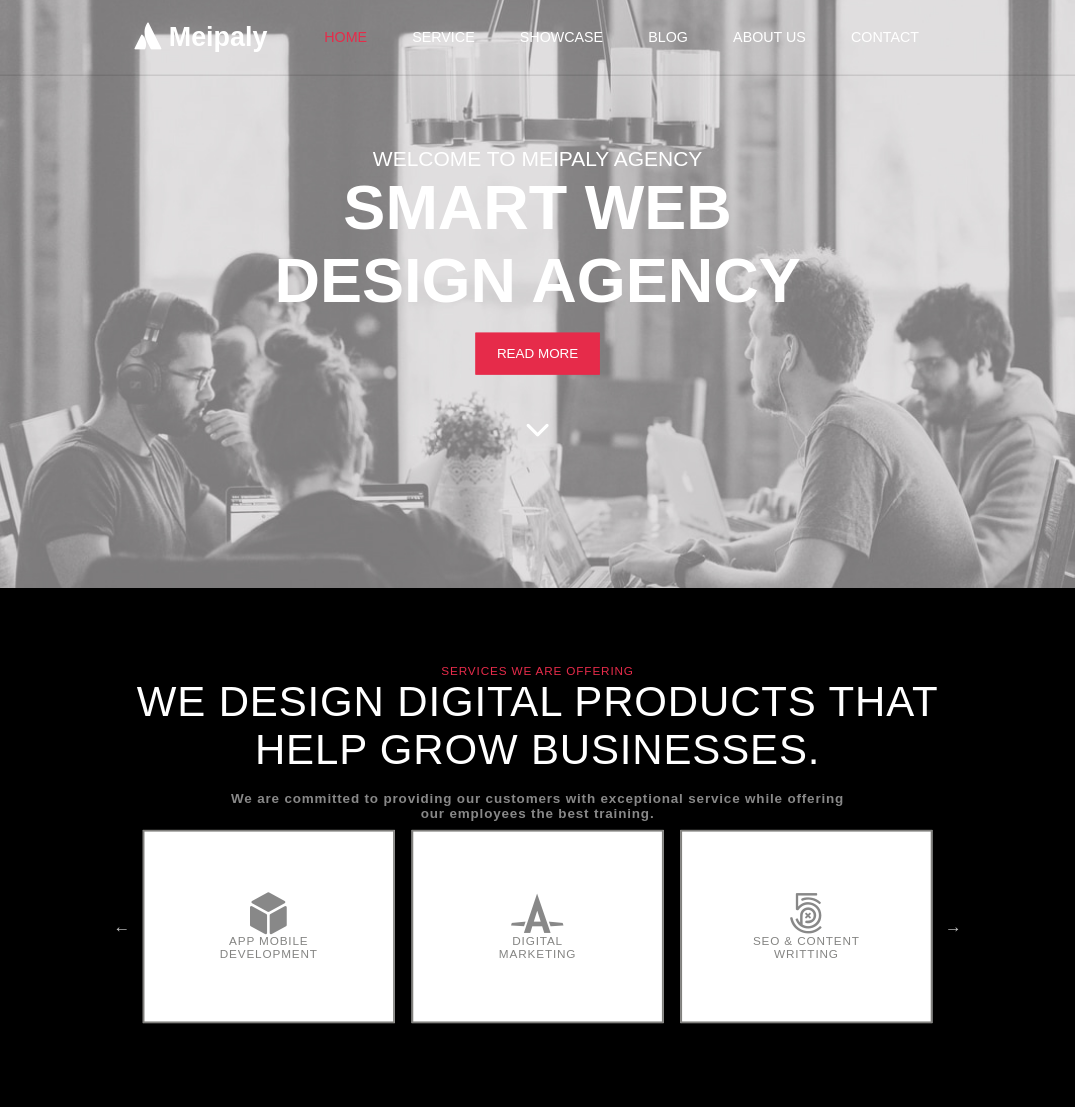
Repository: tudo1611/BC44_HTML5-CSS3_B6_MAIPALY_DO-TRUNG-TU
Page: index.html
These files come from the project's save history. The page is drawn as it stood at one moment and after a run of saves; the edit follows.
The browser window is 1280 px wide. The pictures show the whole page, at 84% of full size.
Some web fonts or font styles are not loaded; a fallback is used.

Above is the page before, as saved 2023-01-26 21:08:34.

After the next 2 saves:
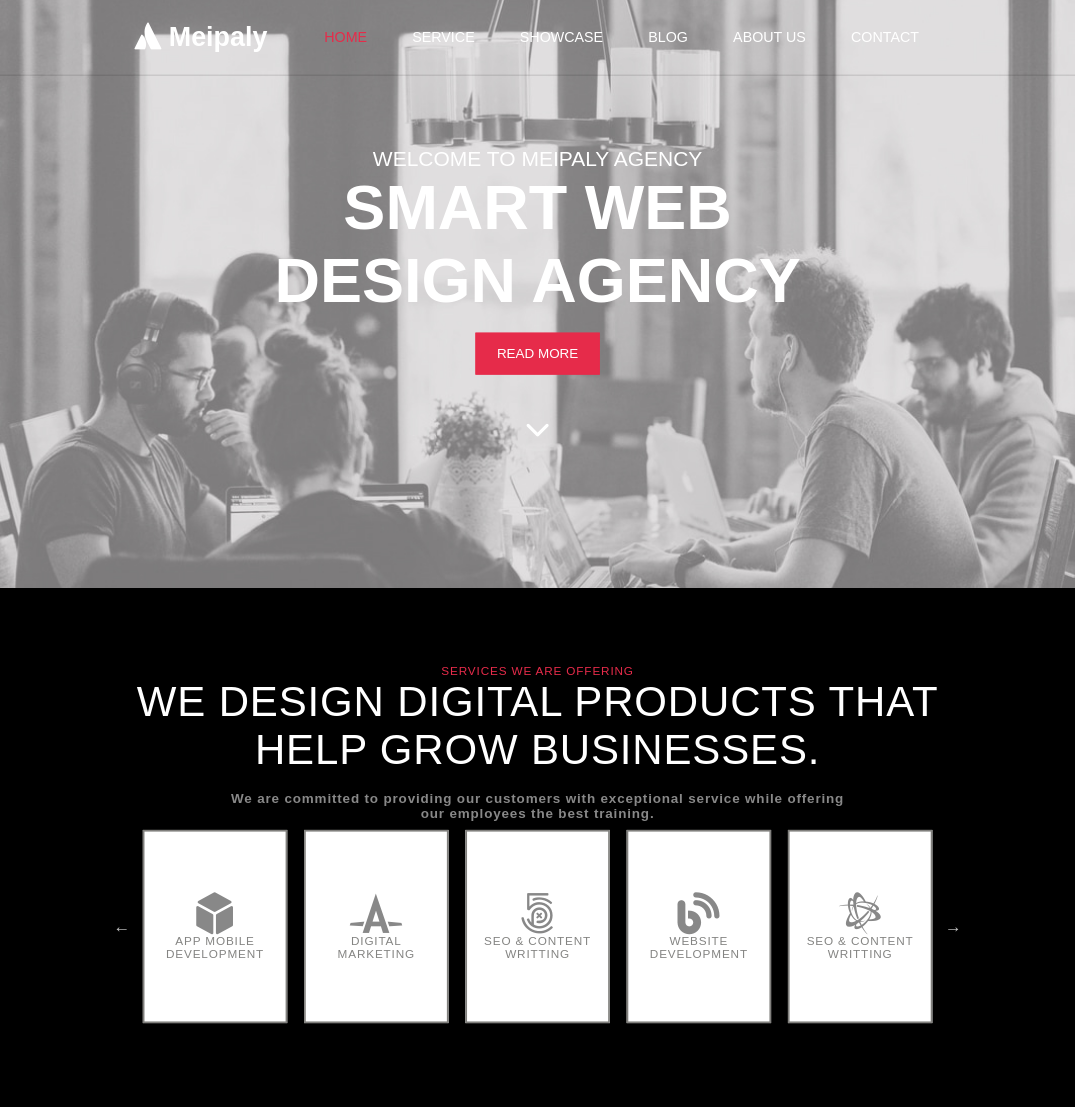
The 2 saves are shown as one change because they came seconds apart.
The last was saved 75 s later.
--- a/index.html
+++ b/index.html
@@ -118,8 +118,8 @@
  $(document).ready(function(){
   $('.slick-content').slick({
      infinite: true,
-  slidesToShow: 3,
-  slidesToScroll: 3
+  slidesToShow: 5,
+  slidesToScroll: 5
   });
 });
 
